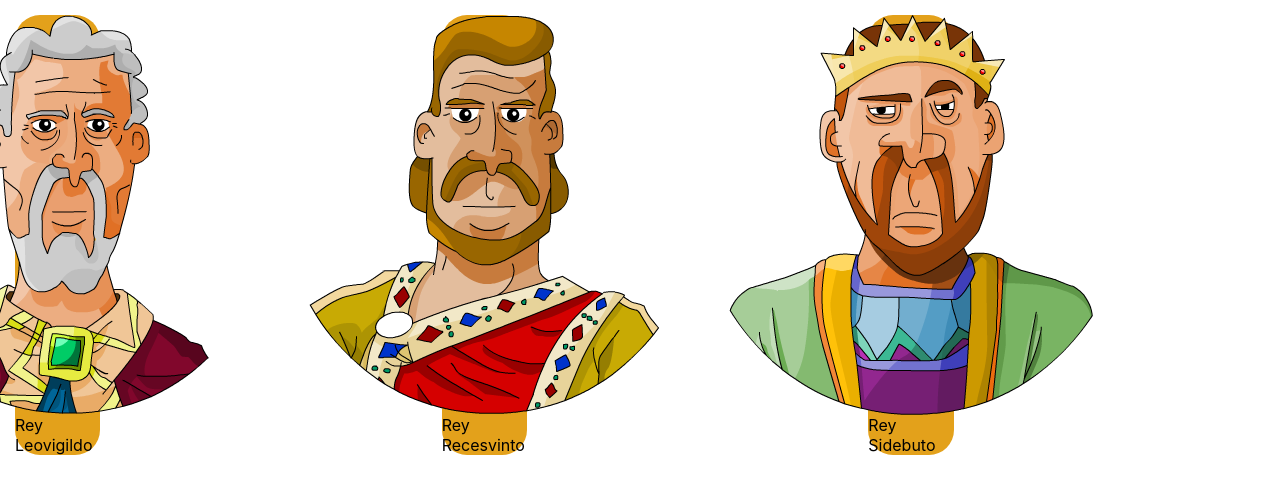
Repository: abgdev1997/ejercicios-react
Page: /
The author's editor kept a copy of each file at every save. The page is drawn from the files as they stood at one save, then again after the next save.
The browser window is 1280 px wide. The pictures show the whole page.
The project was rebuilt for these pictures with package versions that can differ from the ones it lists, and the page was loaded fresh each time.

Above is the page before, as saved 2022-02-22 09:49:38.

After the next save:
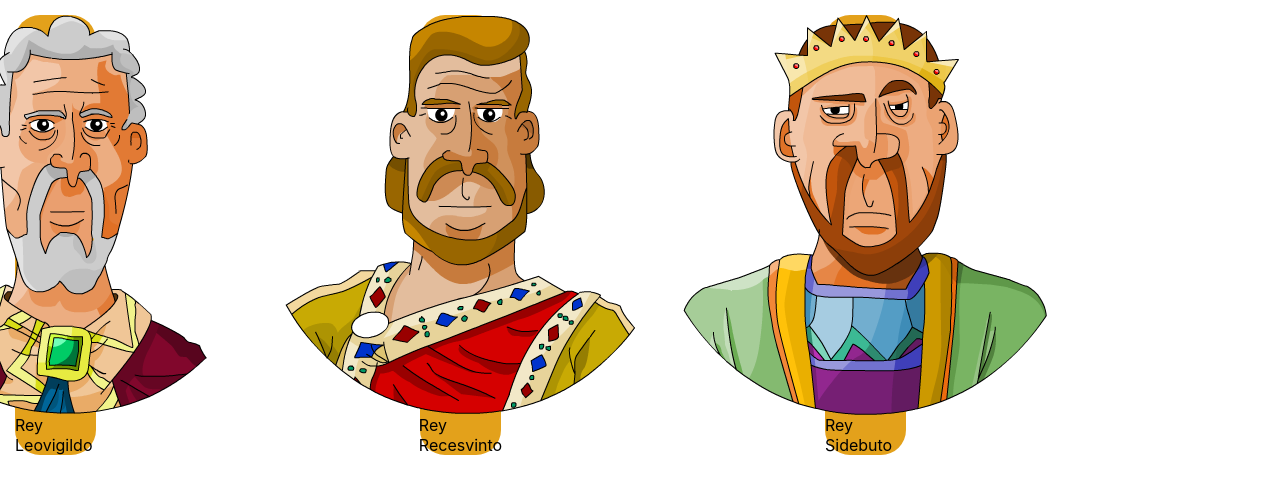
Saved 4 s later.
--- a/src/App.css
+++ b/src/App.css
@@ -1,6 +1,6 @@
 .App{
   display: grid;
-  grid-template-columns: repeat(3, 1fr);
+  grid-template-columns: repeat(4, 1fr);
 }
 
 .img{

After the save that followed:
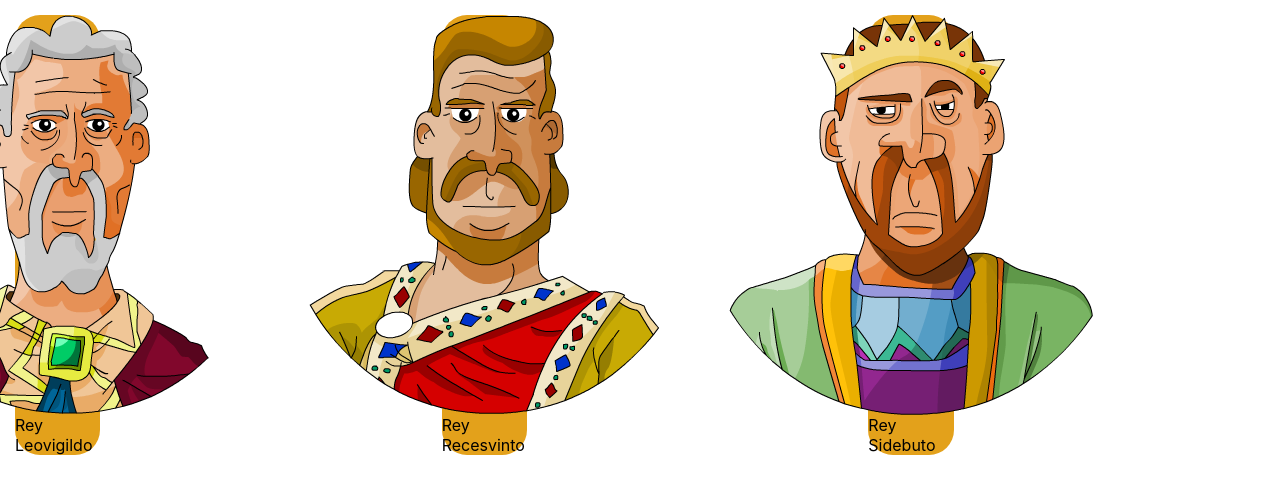
Saved 5 s later.
--- a/src/App.css
+++ b/src/App.css
@@ -1,6 +1,6 @@
 .App{
   display: grid;
-  grid-template-columns: repeat(4, 1fr);
+  grid-template-columns: repeat(3, 1fr);
 }
 
 .img{
